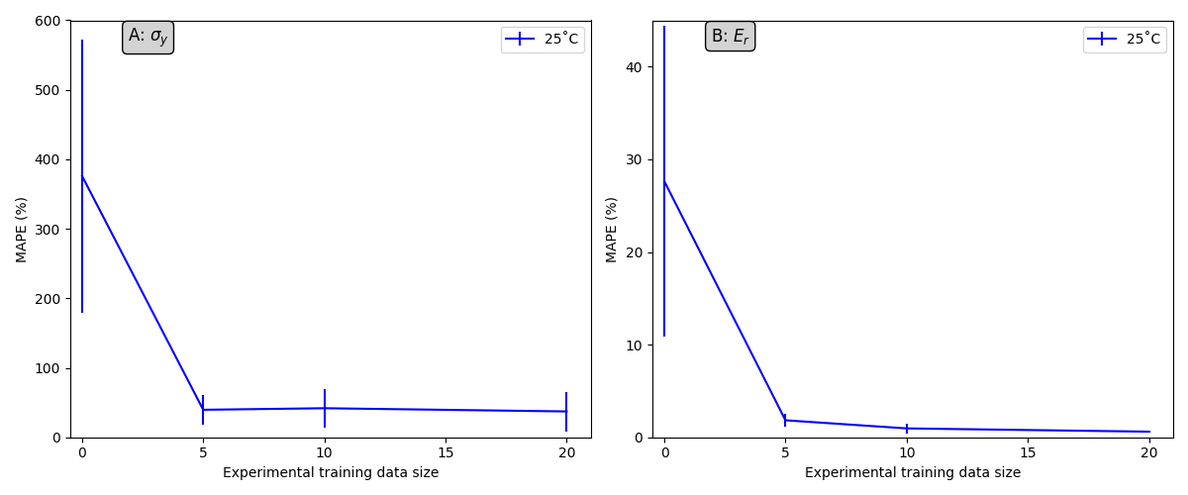
Repository: JoeSpencer1/NN_TiAlTa
Script's output: python src/figures.py
An editor plug-in stored every save of this project. The script's output is shown before and after the next save, followed by the edit.
The pictures are shown at 99% of full size.
Each picture stacks the figures in order, with grey between them; figures that are only written to a file come last. Random numbers start from a fixed seed.

Above is the script's output before, as saved 2024-01-16 14:23:28.

### src/figures.py
import matplotlib.pyplot as plt
import numpy as np
import pandas as pd

'''
n = [1, 2, 3, 4, 5, 10, 20]
n1 = n
# 25˚C
Ti25E = [18.619205, 6.8593493, 6.0983825, 6.091887, 5.298505, 5.2244196, 3.6239312]
εTi25E = [1.6743975, 2.5646875, 1.9379541, 1.4813129, 1.9537387, 1.9212662, 2.01604]
Ti25σ = [34.068943, 18.617916, 43.272, 23.271488, 21.895184, 19.204937, 34.49958]
εTi25σ = [24.325975, 18.127224, 33.714092, 22.803173, 17.10482, 17.321714, 36.6192]
# 250˚C
Ti250E = [70.95709, 7.5985556, 8.114405, 1.6784289, 2.1151547, 1.8030748, 1.7651669]
εTi250E = [31.052818, 10.786752, 13.492649, 1.3040054, 1.0622171, 1.1414853, 1.182222]
Ti250σ = [261.21823, 25.825928, 49.60928, 17.916042, 17.266216, 16.254345, 47.430775]
εTi250σ = [270.2345, 23.495884, 65.91791, 15.266485, 21.114838, 16.953184, 59.20635]
# 500˚C/250˚C
Ti500E = [46.683464, 38.522774, 24.701038, 22.080563, 22.1474, 21.659185, 16.620623]
εTi500E = [6.765701, 10.513843, 11.301726, 10.384357, 9.72246, 11.2682905, 11.029994]
Ti500σ = [84.67531, 105.72215, 45.78838, 69.46997, 60.99529, 55.9422, 49.83204]
εTi500σ = [46.46603, 74.18298, 39.670254, 57.913757, 35.607227, 45.5547, 38.628445]
# 25˚C/250˚C
Ti25250E = [41.319565, 34.81656, 33.59124, 31.09554, 33.010456, 32.823563, 40.46569]
εTi25250E = [1.6541697, 6.365257, 4.6176863, 2.6873071, 3.4111104, 2.5400345, 8.93229]
Ti25250σ = [168.42062, 67.375565, 123.53137, 152.6323, 187.2847, 97.121, 52.3555]
εTi25250σ = [240.32188, 32.01899, 141.78886, 136.91542, 330.77194, 63.82302, 58.671406]

fig, (ax1, ax2) = plt.subplots(1, 2, figsize=(12, 5))
ax1.errorbar(n, Ti25E, yerr = εTi25E, color = 'blue', label = "25˚C")
ax1.errorbar(n, Ti250E, yerr = εTi250E, color = 'red', label = "250˚C")
ax1.set_yscale('log')
ax1.set_ylim([0.5, 200])
ax1.set_xlim([0, 21])
ax1.set_xticks([0, 5, 10, 15, 20])
ax1.set_yticks([1, 3, 10, 30, 100])
ax1.set_yticklabels([1, 3, 10, 30, 100])
ax1.legend()
ax1.set_ylabel("MAPE (%)")
ax1.set_xlabel("Experimental training data size")
ax1.annotate("A: $E_{r}$", xy=(0.15, 0.95), xycoords="axes fraction",
              fontsize=12, ha="center",
              bbox=dict(boxstyle="round,pad=0.3", edgecolor="black", facecolor="lightgray"))

ax2.errorbar(n1, Ti25σ, yerr = εTi25σ, color = 'blue', label = "25˚C")
ax2.errorbar(n1, Ti250σ, yerr = εTi250σ, color = 'red', label = "25˚C")
ax2.set_yscale('log')
ax2.set_ylim([10, 600])
ax2.set_xlim([-0.5, 21])
ax2.set_xticks([0, 5, 10, 15, 20])
ax2.set_yticks([10, 20, 50, 100, 200, 500])
ax2.set_yticklabels([10, 20, 50, 100, 200, 500])
ax2.legend()
ax2.set_ylabel("MAPE (%)")
ax2.set_xlabel("Experimental training data size")
plt.subplots_adjust(bottom=0.180)
fig.tight_layout()
ax2.annotate("B: $\sigma_{y}$", xy=(0.15, 0.95), xycoords="axes fraction",
              fontsize=12, ha="center",
              bbox=dict(boxstyle="round,pad=0.3", edgecolor="black", facecolor="lightgray"))
plt.savefig("/Users/Joe/Desktop/figure1.jpeg", dpi=800, bbox_inches="tight")
plt.show()
'''
'''
fig, (ax1, ax2) = plt.subplots(1, 2, figsize=(12, 5))
ax1.errorbar(n, Ti25250E, yerr = εTi25250E, color = 'blue', label = "25˚C")
ax1.errorbar(n, Ti250E, yerr = εTi250E, color = 'red', label = "250˚C")
ax1.errorbar(n, Ti500E, yerr = εTi500E, color = 'black', label = "500˚C")
ax1.set_yscale('log')
ax1.set_ylim([0.5, 200])
ax1.set_xlim([0, 21])
ax1.set_xticks([0, 5, 10, 15, 20])
ax1.set_yticks([1, 3, 10, 30, 100])
ax1.set_yticklabels([1, 3, 10, 30, 100])
ax1.legend()
ax1.set_ylabel("MAPE (%)")
ax1.set_xlabel("Experimental training data size")
ax1.annotate("A: $E_{r}$ (250˚C)", xy=(0.15, 0.95), xycoords="axes fraction",
              fontsize=12, ha="center",
              bbox=dict(boxstyle="round,pad=0.3", edgecolor="black", facecolor="lightgray"))

ax2.errorbar(n1, Ti25250σ, yerr = εTi25250σ, color = 'blue', label = "25˚C")
ax2.errorbar(n1, Ti250σ, yerr = εTi250σ, color = 'red', label = "250˚C")
ax2.errorbar(n1, Ti500σ, yerr = εTi500σ, color = 'black', label = "500˚C")
ax2.set_yscale('log')
ax2.set_ylim([10, 600])
ax2.set_xlim([-0.5, 21])
ax2.set_xticks([0, 5, 10, 15, 20])
ax2.set_yticks([10, 20, 50, 100, 200, 500])
ax2.set_yticklabels([10, 20, 50, 100, 200, 500])
ax2.legend()
ax2.set_ylabel("MAPE (%)")
ax2.set_xlabel("Experimental training data size")
plt.subplots_adjust(bottom=0.180)
fig.tight_layout()
ax2.annotate("B: $\sigma_{y}$ (250˚C)", xy=(0.15, 0.95), xycoords="axes fraction",
              fontsize=12, ha="center",
              bbox=dict(boxstyle="round,pad=0.3", edgecolor="black", facecolor="lightgray"))
plt.savefig("/Users/Joe/Desktop/figure2.jpeg", dpi=800, bbox_inches="tight")
plt.show()
'''
'''
n = [1, 2, 3, 4, 5, 10, 20]
n1 = n
# 25˚C
Ti750E = [154.16795, 25.680262, 10.1573925, 7.744658, 5.137566, 2.6173031, 1.9064773]
εTi750E = [158.71921, 47.042423, 6.292157, 5.007044, 6.3082805, 1.3194628, 1.7983129]
Ti750σ = [537.51544, 187.94482, 16.950771, 38.089996, 26.567835, 22.038841, 34.741573]
εTi750σ = [822.8985, 455.4716, 22.714993, 39.45992, 35.60631, 25.618887, 42.27451]
# 250˚C
Ti25250500E = [44.90654, 41.499107, 39.673485, 39.662952, 38.275635, 44.390118, 45.897182]
εTi25250500E = [4.357474, 8.017073, 4.3895893, 5.539613, 4.685218, 15.8127165, 15.998017]
Ti25250500σ = [326.08405, 180.70842, 192.22061, 246.42114, 166.95808, 277.3227, 243.02325]
εTi25250500σ = [507.5874, 199.93362, 193.73439, 199.61105, 132.54443, 372.73825, 322.32126]

fig, (ax1, ax2) = plt.subplots(1, 2, figsize=(12, 5))
ax1.errorbar(n, Ti25250500E, yerr = εTi25250500E, color = 'blue', label = "25$^{\circ}$C, 250$^{\circ}$C, 500$^{\circ}$C")
ax1.errorbar(n, Ti750E, yerr = εTi750E, color = 'red', label = "750˚C")
ax1.set_yscale('log')
ax1.set_ylim([0.5, 300])
ax1.set_xlim([0, 21])
ax1.set_xticks([0, 5, 10, 15, 20])
ax1.set_yticks([1, 3, 10, 30, 100])
ax1.set_yticklabels([1, 3, 10, 30, 100])
ax1.legend()
ax1.set_ylabel("MAPE (%)")
ax1.set_xlabel("Experimental training data size")
ax1.annotate("A: $E_{r}$ (750$^{\circ}$C)", xy=(0.15, 0.95), xycoords="axes fraction",
              fontsize=12, ha="center",
              bbox=dict(boxstyle="round,pad=0.3", edgecolor="black", facecolor="lightgray"))

ax2.errorbar(n1, Ti25250500σ, yerr = εTi25250500σ, color = 'blue', label = "25$^{\circ}$C, 250$^{\circ}$C, 500$^{\circ}$C")
ax2.errorbar(n1, Ti750σ, yerr = εTi750σ, color = 'red', label = "750˚C")
ax2.set_yscale('log')
ax2.set_ylim([10, 1300])
ax2.set_xlim([-0.5, 21])
ax2.set_xticks([0, 5, 10, 15, 20])
ax2.set_yticks([10, 20, 50, 100, 200, 500])
ax2.set_yticklabels([10, 20, 50, 100, 200, 500])
ax2.legend()
ax2.set_ylabel("MAPE (%)")
ax2.set_xlabel("Experimental training data size")
plt.subplots_adjust(bottom=0.180)
fig.tight_layout()
ax2.annotate("B: $\sigma_{y}$ (750$^{\circ}$C)", xy=(0.15, 0.95), xycoords="axes fraction",
              fontsize=12, ha="center",
              bbox=dict(boxstyle="round,pad=0.3", edgecolor="black", facecolor="lightgray"))
plt.savefig("/Users/Joe/Desktop/figure3.jpeg", dpi=800, bbox_inches="tight")
plt.show()
'''
'''
Bqx = [0.125, 0.25, 0.5]
Bqy = [0.003352735, 0.013410939, 0.140242188]
Blx = [0.125, 0.25, 0.5]
Bly = [0.032266477, 0.12906591, 0.354190574]
Bfx = [0.01, 1.5]
C30x = [0.0125, 0.025, 0.05, 0.1]
C30y = [0.000446987, 0.001787949, 0.008582156, 0.037099946]
C45x = [0.0125, 0.025, 0.05]
C45y = [0.001166093, 0.004664373, 0.017291087]
C60x = [0.0125, 0.025, 0.05, 0.1]
C60y = [0.004029647, 0.016118587, 0.049746948, 0.17236334]
Cfx = [0.0001, 1]
def equation(x, y, eqx):
    l = len(x) - 1
    p = np.log10(y[l]/y[0])/np.log10(x[l]/x[0])
    C = 0
    for i in range(len(x)):
        C += y[i]/(len(x)*x[i]**p)
    print('C = ', C)
    print('p = ', p)
    eqy = [0, 0]
    for i in range(2):
        eqy[i] = C * eqx[i] ** p
    return eqy
Cf30 = equation(C30x, C30y, Cfx)
Cf45 = equation(C45x, C45y, Cfx)
Cf60 = equation(C60x, C60y, Cfx)
Bfq = equation(Bqx, Bqy, Bfx)
Bfl = equation(Blx, Bly, Bfx)

fig, ax = plt.subplots()
ax.scatter(C30x, C30y, color='blue', marker='s', label='30˚: $||e||_{L_{2}}=4.95h^{2.13}$')
ax.scatter(C45x, C45y, color='black', marker='o', facecolor='none', label='45˚: $||e||_{L_{2}}=5.87h^{1.95}$')
ax.scatter(C60x, C60y, color='red', marker='x', label='60˚: $||e||_{L_{2}}=11.03h^{1.81}$')
ax.plot(Cfx, Cf30, linestyle="--", color='blue')
ax.plot(Cfx, Cf45, linestyle="--", color='black')
ax.plot(Cfx, Cf60, linestyle="--", color='red')
ax.set_xlabel('Element length (μm)')
ax.set_xscale('log')
ax.set_xlim([0.006, 0.2])
ax.set_ylabel('L$_{2}$ error')
ax.set_yscale('log')
ax.set_ylim([0.0003, 0.7])
ax.grid(False)
leg = ax.legend(loc='lower right')
leg.set_title('Conical half-angle')
plt.savefig('/Users/joe/Desktop/figure3.jpeg', dpi=800, bbox_inches="tight")
plt.show()

fig, ax = plt.subplots()
ax.scatter(Blx, Bly, color='blue', marker='s', label='Linear: $||e||_{L_{2}}=1.17h^{1.73}$')
ax.scatter(Bqx, Bqy, color='black', marker='o', facecolor='none', label='Quadratic: $||e||_{L_{2}}=0.91h^{2.69}$')
ax.plot(Bfx, Bfl, linestyle="--", color='blue')
ax.plot(Bfx, Bfq, linestyle="--", color='black')
ax.set_xlabel('Element length (μm)')
ax.set_xscale('log')
ax.set_xlim([0.05, 1])
ax.set_ylabel('L$_{2}$ error')
ax.set_yscale('log')
ax.set_ylim([0.001, 1])
ax.grid(False)
leg = ax.legend(loc='lower right')
leg.set_title('Element order')
plt.savefig('/Users/joe/Desktop/figure4.jpeg', dpi=800, bbox_inches="tight")
plt.show()
'''
'''
df = pd.read_csv('../data/model/compare.csv', skiprows=1)
fig, ax = plt.subplots()
ax.plot(df['Depth (nm)'], df['Load (uN)'], linewidth=0.3, color='gray', zorder=1, label='Experimental results')
ax.plot(df['Depth0 (nm)'], df['Load0 (uN)'], linewidth=0.3, color='gray', zorder=1)
ax.plot(df['Depth2 (nm)'], df['Load2 (uN)'], linewidth=0.3, color='gray', zorder=1)
ax.plot(df['Depth3 (nm)'], df['Load3 (uN)'], color='gray', linewidth=0.3, zorder=1)
ax.plot(df['Depth4 (nm)'], df['Load4 (uN)'], color='gray', linewidth=0.3, zorder=1)
ax.plot(df['Depth5 (nm)'], df['Load5 (uN)'], color='gray', linewidth=0.3, zorder=1)
ax.plot(df['Depth6 (nm)'], df['Load6 (uN)'], color='gray', linewidth=0.3, zorder=1)
ax.plot(df['Depth7 (nm)'], df['Load7 (uN)'], color='gray', linewidth=0.3, zorder=1)
ax.plot(df['Depth8 (nm)'], df['Load8 (uN)'], color='gray', linewidth=0.3, zorder=1)
ax.plot(df['Depth9 (nm)'], df['Load9 (uN)'], color='gray', linewidth=0.3, zorder=1)
ax.plot(df['Depth10 (nm)'], df['Load10 (uN)'], color='gray', linewidth=0.3, zorder=1)
ax.plot(df['Depth11 (nm)'], df['Load11 (uN)'], color='gray', linewidth=0.3, zorder=1)
ax.plot(df['Depth12 (nm)'], df['Load12 (uN)'], color='gray', linewidth=0.3, zorder=1)
ax.plot(df['Depth13 (nm)'], df['Load13 (uN)'], color='gray', linewidth=0.3, zorder=1)
ax.plot(df['Depth14 (nm)'], df['Load14 (uN)'], color='gray', linewidth=0.3, zorder=1)
ax.plot(df['Depth15 (nm)'], df['Load15 (uN)'], color='gray', linewidth=0.3, zorder=1)
ax.plot(df['Depth16 (nm)'], df['Load16 (uN)'], color='gray', linewidth=0.3, zorder=1)
ax.plot(df['Depth17 (nm)'], df['Load17 (uN)'], color='gray', linewidth=0.3, zorder=1)
ax.plot(df['Depth18 (nm)'], df['Load18 (uN)'], color='gray', linewidth=0.3, zorder=1)
ax.plot(df['Depth19 (nm)'], df['Load19 (uN)'], color='gray', linewidth=0.3, zorder=1)
ax.plot(df['Depth20 (nm)'], df['Load20 (uN)'], color='gray', linewidth=0.3, zorder=1)
ax.plot(df['Depth21 (nm)'], df['Load21 (uN)'], color='gray', linewidth=0.3, zorder=1)
ax.plot(df['Depth22 (nm)'], df['Load22 (uN)'], color='gray', linewidth=0.3, zorder=1)
ax.plot(df['Depth23 (nm)'], df['Load23 (uN)'], color='gray', linewidth=0.3, zorder=1)
ax.plot(df['Depth24 (nm)'], df['Load24 (uN)'], color='gray', linewidth=0.3, zorder=1)
ax.scatter(df['hm (nm)'], df['F (uN)'], color='blue', marker='.', zorder=2, label='3D FEM simulation')
ax.set_xlabel('Indenter depth (nm)')
ax.set_xlim([0, 275])
ax.set_ylabel('Load (μN)')
ax.set_ylim([0, 11000])
ax.grid(False)
leg = ax.legend()
plt.savefig('/Users/joe/Desktop/figure5.jpeg', dpi=800, bbox_inches="tight")
plt.show()
'''

n = [0, 5, 10, 20]
threeσ = [376.0572733054678, 39.5938033843615, 41.8456251546561, 37.20982506131551]
εthreeσ = [196.86908836541178, 21.68148559652081, 28.00063811133066, 28.472024602496692]
threeE = [27.637875079481226, 1.8371707313939147, 0.9618014686986018, 0.6094185678582443]
εthreeE = [16.76186263408408, 0.7040937053244141, 0.5416984171832155, 0.1433441723448427]
FEAExpσ = []
εFEAExpσ = []
FEAExpE = []
εFEAExpE = []
BerExpσ = []
εBerExpσ = []
BerExpE = []
εBerExpE = []

fig, (ax1, ax2) = plt.subplots(1, 2, figsize=(12, 5))
ax1.errorbar(n, threeσ, yerr = εthreeσ, color = 'blue', label = "25˚C")
ax1.set_yscale('linear')
ax1.set_ylim([0, 600])
ax1.set_xlim([-0.5, 21])
ax1.set_xticks([0, 5, 10, 15, 20])
ax1.set_yticks([0, 100, 200, 300, 400, 500, 600])
ax1.set_yticklabels([0, 100, 200, 300, 400, 500, 600])
ax1.legend()
ax1.set_ylabel("MAPE (%)")
ax1.set_xlabel("Experimental training data size")
ax1.annotate("A: $\sigma_{y}$", xy=(0.15, 0.95), xycoords="axes fraction",
              fontsize=12, ha="center",
              bbox=dict(boxstyle="round,pad=0.3", edgecolor="black", facecolor="lightgray"))

ax2.errorbar(n, threeE, yerr = εthreeE, color = 'blue', label = "25˚C")
ax2.set_yscale('linear')
ax2.set_ylim([0, 45])
ax2.set_xlim([-0.5, 21])
ax2.set_xticks([0, 5, 10, 15, 20])
ax2.set_yticks([0, 10, 20, 30, 40])
ax2.set_yticklabels([0, 10, 20, 30, 40])
ax2.legend()
ax2.set_ylabel("MAPE (%)")
ax2.set_xlabel("Experimental training data size")
plt.subplots_adjust(bottom=0.180)
fig.tight_layout()
ax2.annotate("B: $E_{r}$", xy=(0.15, 0.95), xycoords="axes fraction",
              fontsize=12, ha="center",
              bbox=dict(boxstyle="round,pad=0.3", edgecolor="black", facecolor="lightgray"))
plt.savefig("/Users/Joe/Desktop/figure1.jpeg", dpi=800, bbox_inches="tight")
plt.show()

After the next save:
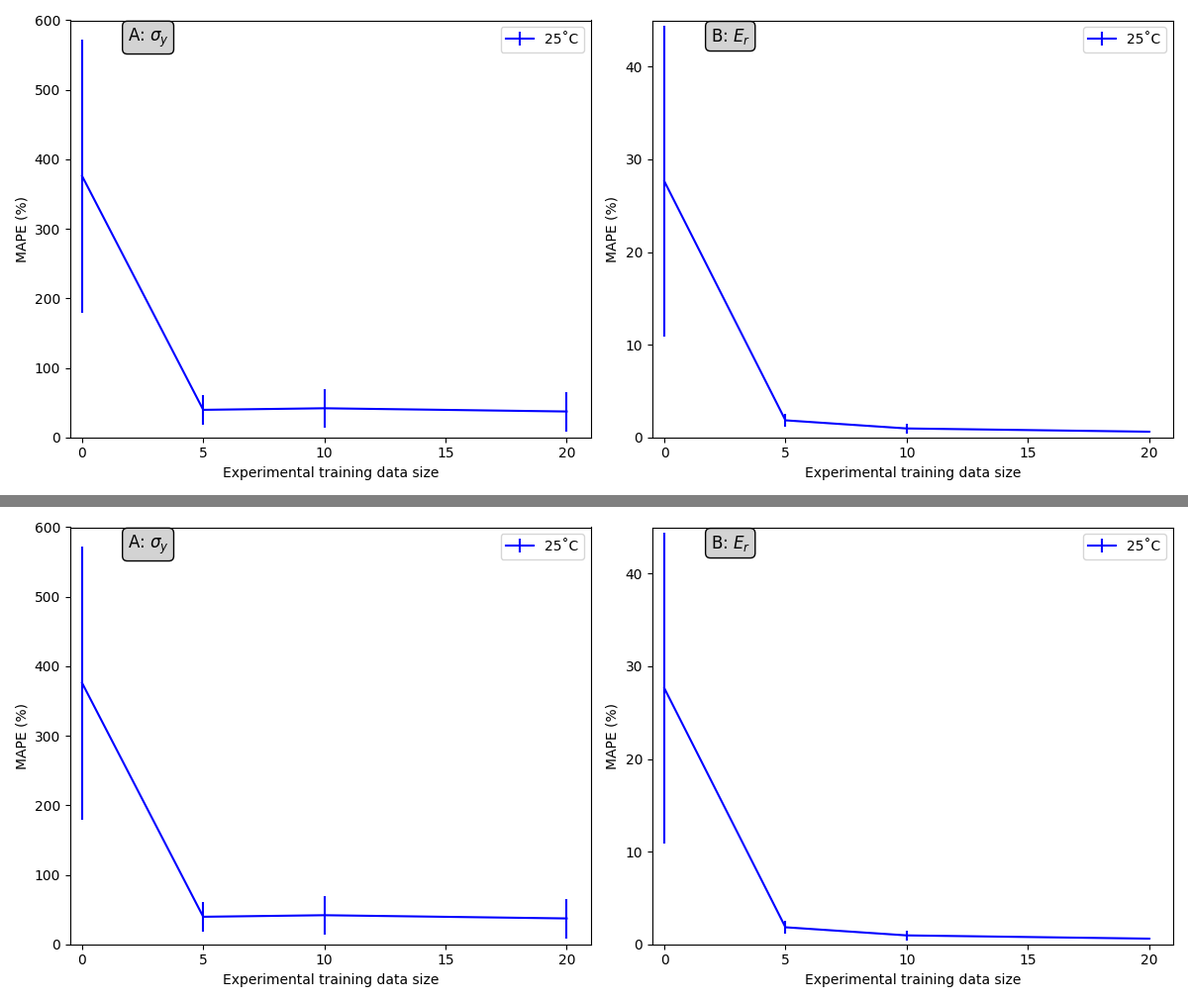
Saved 85 s later.
--- a/src/figures.py
+++ b/src/figures.py
@@ -259,14 +259,18 @@ threeσ = [376.0572733054678, 39.5938033843615, 41.8456251546561, 37.20982506131
 εthreeσ = [196.86908836541178, 21.68148559652081, 28.00063811133066, 28.472024602496692]
 threeE = [27.637875079481226, 1.8371707313939147, 0.9618014686986018, 0.6094185678582443]
 εthreeE = [16.76186263408408, 0.7040937053244141, 0.5416984171832155, 0.1433441723448427]
-FEAExpσ = []
-εFEAExpσ = []
-FEAExpE = []
-εFEAExpE = []
-BerExpσ = []
-εBerExpσ = []
-BerExpE = []
-εBerExpE = []
+FEAExpσ = [30.692963398804512, 17.966434316750032, 20.30981467660651]
+εFEAExpσ = [24.432717466772974, 17.157632184190486, 15.24454689795884]
+FEAExpE = [3.1407760620117187, 0.8857396979081005, 0.48970565795898435]
+εFEAExpE = [2.1787414072193108, 0.20985072884833247, 0.24028577974579077]
+BerExpσ = [3993.4524, 29.085435433129238, 7.699660556574902, 3.526308835701772]
+εBerExpσ = [2809.7415, 11.931510220287686, 4.180595260183477, 4.05852053586458]
+BerExpE = [43.70184, 5.2056050250404775, 2.3034492091128698, 0.5525932111238178]
+εBerExpE = [31.433922, 2.364614922311323, 2.124353990665903, 0.8359455695302426]
+FEMBerkσ = []
+εFEMBerkσ = []
+FEMBerkE = []
+εFEMBerkE = []
 
 fig, (ax1, ax2) = plt.subplots(1, 2, figsize=(12, 5))
 ax1.errorbar(n, threeσ, yerr = εthreeσ, color = 'blue', label = "25˚C")
@@ -300,3 +304,36 @@ ax2.annotate("B: $E_{r}$", xy=(0.15, 0.95), xycoords="axes fraction",
               bbox=dict(boxstyle="round,pad=0.3", edgecolor="black", facecolor="lightgray"))
 plt.savefig("/Users/Joe/Desktop/figure1.jpeg", dpi=800, bbox_inches="tight")
 plt.show()
+
+fig, (ax1, ax2) = plt.subplots(1, 2, figsize=(12, 5))
+ax1.errorbar(n, threeσ, yerr = εthreeσ, color = 'blue', label = "25˚C")
+ax1.set_yscale('linear')
+ax1.set_ylim([0, 600])
+ax1.set_xlim([-0.5, 21])
+ax1.set_xticks([0, 5, 10, 15, 20])
+ax1.set_yticks([0, 100, 200, 300, 400, 500, 600])
+ax1.set_yticklabels([0, 100, 200, 300, 400, 500, 600])
+ax1.legend()
+ax1.set_ylabel("MAPE (%)")
+ax1.set_xlabel("Experimental training data size")
+ax1.annotate("A: $\sigma_{y}$", xy=(0.15, 0.95), xycoords="axes fraction",
+              fontsize=12, ha="center",
+              bbox=dict(boxstyle="round,pad=0.3", edgecolor="black", facecolor="lightgray"))
+
+ax2.errorbar(n, threeE, yerr = εthreeE, color = 'blue', label = "25˚C")
+ax2.set_yscale('linear')
+ax2.set_ylim([0, 45])
+ax2.set_xlim([-0.5, 21])
+ax2.set_xticks([0, 5, 10, 15, 20])
+ax2.set_yticks([0, 10, 20, 30, 40])
+ax2.set_yticklabels([0, 10, 20, 30, 40])
+ax2.legend()
+ax2.set_ylabel("MAPE (%)")
+ax2.set_xlabel("Experimental training data size")
+plt.subplots_adjust(bottom=0.180)
+fig.tight_layout()
+ax2.annotate("B: $E_{r}$", xy=(0.15, 0.95), xycoords="axes fraction",
+              fontsize=12, ha="center",
+              bbox=dict(boxstyle="round,pad=0.3", edgecolor="black", facecolor="lightgray"))
+plt.savefig("/Users/Joe/Desktop/figure2.jpeg", dpi=800, bbox_inches="tight")
+plt.show()
